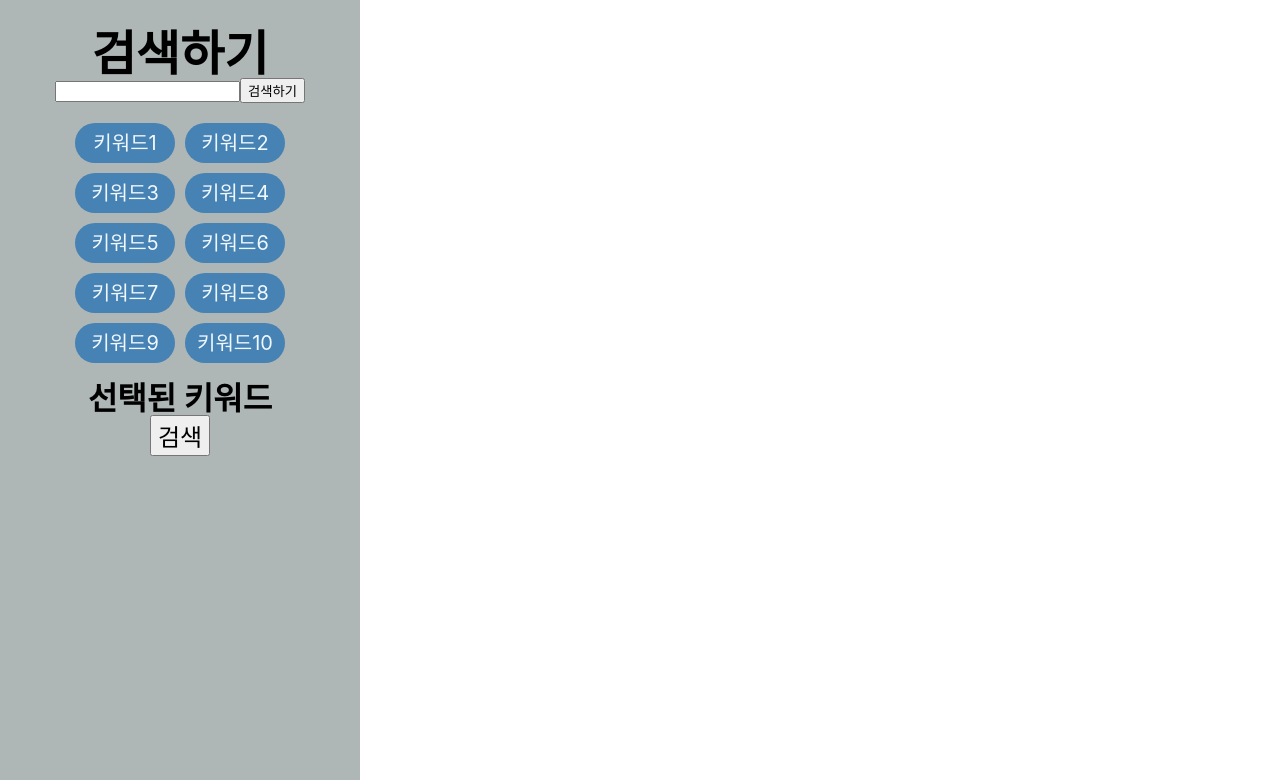
Repository: sunoo-lee/Star-Explore
Page: /
An editor plug-in stored every save of this project. The page is shown before and after a run of saves, followed by the edit.
The browser window is 1280 px wide. The pictures show the whole page.
The project was rebuilt for these pictures with package versions that can differ from the ones it lists, and the page was loaded fresh each time.

Above is the page before, as saved 2022-10-14 04:41:53.

### src/index.js
import React from "react";
import ReactDOM from "react-dom/client";
import "./reset.css";
import "./Style.css";
import App from "./components/App";
// import reportWebVitals from "./reportWebVitals";

const root = ReactDOM.createRoot(document.getElementById("root"));
root.render(
  <React.StrictMode>
    <App />
  </React.StrictMode>
);

// reportWebVitals();

### src/Style.css
html,
body,
#root {
  height: 100%;
}

body {
  margin: 0;
  font-family: -apple-system, BlinkMacSystemFont, "Segoe UI", "Roboto", "Oxygen",
    "Ubuntu", "Cantarell", "Fira Sans", "Droid Sans", "Helvetica Neue",
    sans-serif;
  -webkit-font-smoothing: antialiased;
  -moz-osx-font-smoothing: grayscale;
}

.container {
  height: 100%;
}

.nav {
  padding: 30px;
  background-color: rgb(174, 182, 182);
  width: 300px;
  display: flex;
  flex-direction: column;
  align-items: center;
  height: 100%;
}
.nav h1 {
  font-size: 3rem;
  font-weight: 700;
}
.keyword {
  padding: 20px;
}
.keyword ul {
  display: grid;
  grid-template-columns: 100px 100px;
  gap: 10px;
}
.keyword ul li {
  cursor: pointer;
}
.keyword ul li span {
  display: inline-block;
  font-size: 20px;
  width: 100px;
  height: 40px;
  line-height: 40px;
  text-align: center;
  background-color: lightskyblue;
  border-radius: 25px;
}

.keyword ul li .off {
  background-color: steelblue;
  color: aliceblue;
}
h2 {
  font-size: 2rem;
  font-weight: 700;
}
.selected span {
  display: inline-block;
  font-size: 1.2rem;
  margin: 10px;
}
.nav .nav_toggle {
  font-size: 1.5rem;
}

### src/components/App.js
import AppRouter from "./Router";

function App() {
  return (
    <>
      <AppRouter />
    </>
  );
}

export default App;

### src/components/Router.js
import { HashRouter as Router, Route, Routes } from "react-router-dom";
import Home from "../routes/Home";

const AppRouter = () => {
  return (
    <Router>
      <Routes>
        <Route exact path="/" element={<Home />} />
      </Routes>
    </Router>
  );
};

export default AppRouter;

### src/routes/Home.js
import React, { useState } from "react";

const Home = () => {
  const [select, setSelect] = useState([]);
  const onClick = (event) => {
    const keyword_btn = event.target;
    keyword_btn.className === "off"
      ? (keyword_btn.className = "on")
      : (keyword_btn.className = "off");

    const selected = event.target.innerText;
    if (keyword_btn.className === "on") {
      setSelect([...select, selected]);
    } else if (keyword_btn.className === "off") {
      setSelect(select.filter((key) => key !== selected));
    }
  };
  return (
    <div className="container">
      <div className="nav">
        <h1>검색하기</h1>
        <form>
          <input type="text" />
          <button>검색하기</button>
        </form>
        <div className="keyword">
          <ul>
            <li>
              <span className="off" onClick={onClick}>
                키워드1
              </span>
            </li>
            <li>
              <span className="off" onClick={onClick}>
                키워드2
              </span>
            </li>
            <li>
              <span className="off" onClick={onClick}>
                키워드3
              </span>
            </li>
            <li>
              <span className="off" onClick={onClick}>
                키워드4
              </span>
            </li>
            <li>
              <span className="off" onClick={onClick}>
                키워드5
              </span>
            </li>
            <li>
              <span className="off" onClick={onClick}>
                키워드6
              </span>
            </li>
            <li>
              <span className="off" onClick={onClick}>
                키워드7
              </span>
            </li>
            <li>
              <span className="off" onClick={onClick}>
                키워드8
              </span>
            </li>
            <li>
              <span className="off" onClick={onClick}>
                키워드9
              </span>
            </li>
            <li>
              <span className="off" onClick={onClick}>
                키워드10
              </span>
            </li>
          </ul>
        </div>
        <h2>선택된 키워드</h2>
        <div className="selected">
          {select.map((key, index) => (
            <span key={index}>{key}</span>
          ))}
        </div>
        <button className="nav_toggle">검색</button>
      </div>
    </div>
  );
};

export default Home;

Loaded but not shown: public/index.html (common file); src/reset.css (common file)

After the next 2 saves:
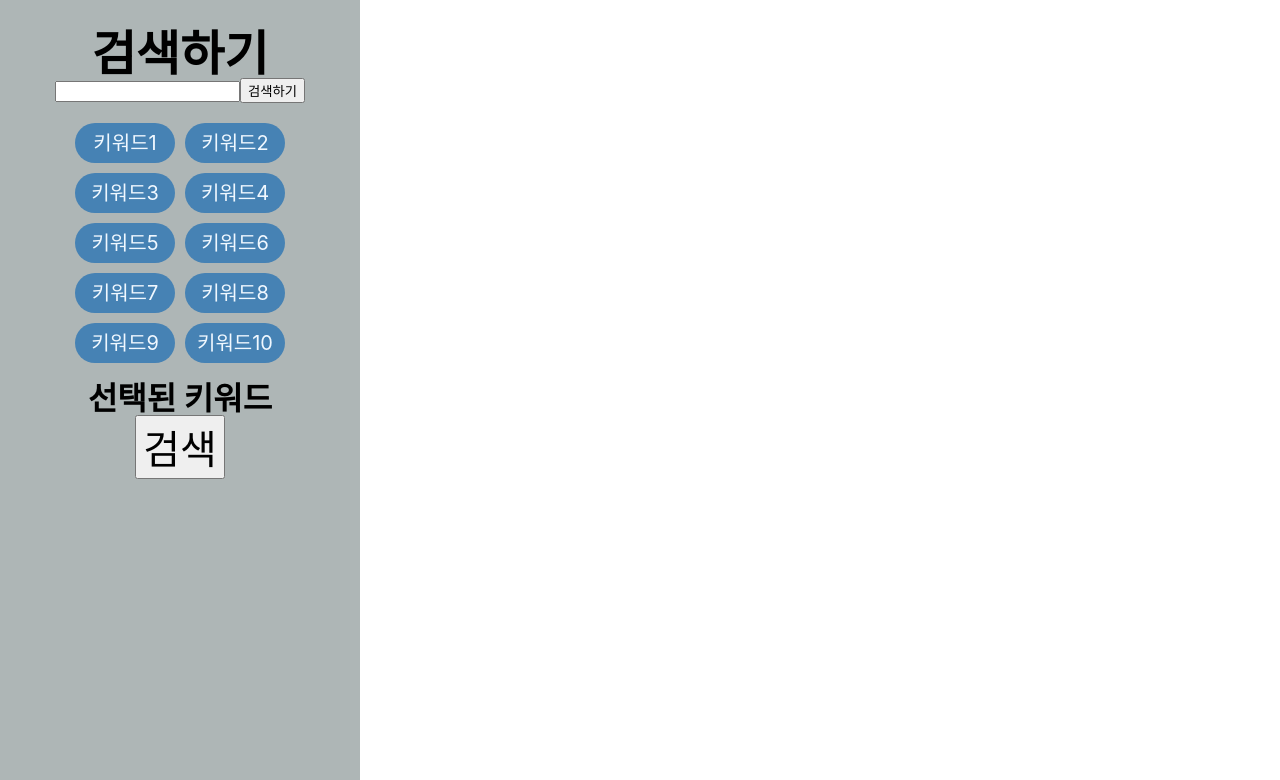
The 2 saves are shown as one change because they came seconds apart.
The last was saved 9 s later.
--- a/src/Style.css
+++ b/src/Style.css
@@ -66,5 +66,5 @@ h2 {
   margin: 10px;
 }
 .nav .nav_toggle {
-  font-size: 1.5rem;
+  font-size: 2.5rem;
 }
